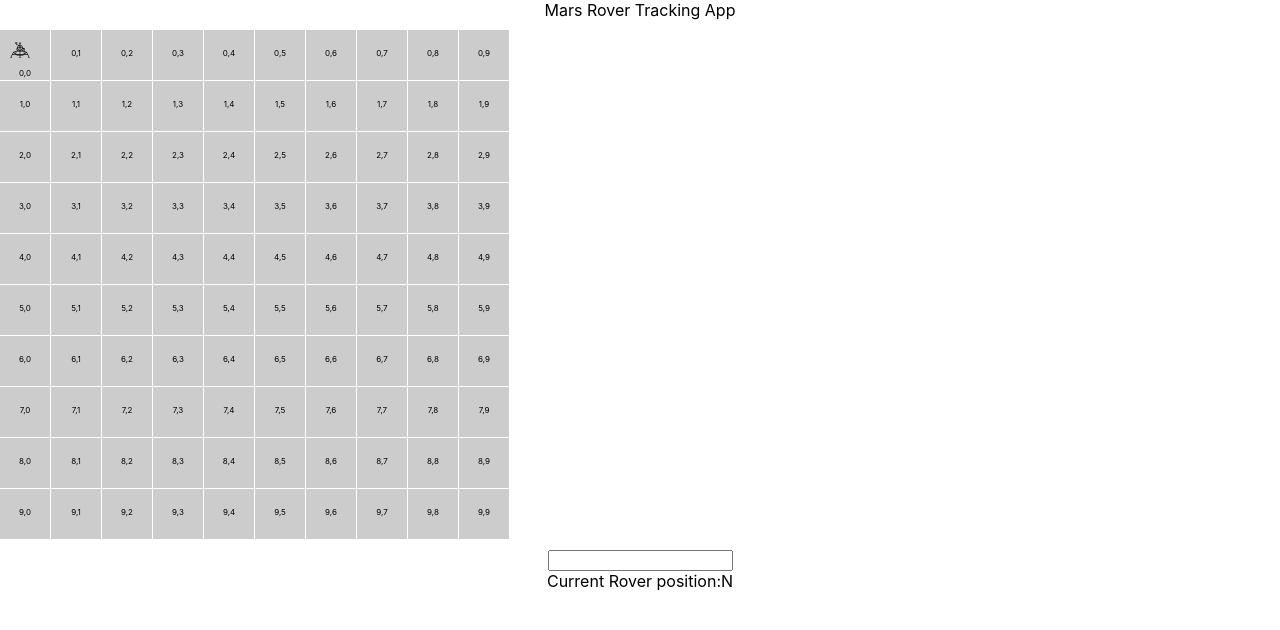
Repository: madhurisandbhor/Rover-Tracking-App
Page: /
An editor plug-in stored every save of this project. The page is shown before and after the next save, followed by the edit.
The browser window is 1280 px wide. The pictures show the whole page.
The project was rebuilt for these pictures with package versions that can differ from the ones it lists, and the page was loaded fresh each time.

Above is the page before, as saved 2021-09-06 18:47:13.

### src/App.js
import './App.css';
import Grid from './Grid'

function App() {
  return (
    <div className="App">
      <div>Mars Rover Tracking App</div>
      <Grid />
    </div>
  );
}

export default App;

### src/Grid.jsx
import React, { useState, useEffect } from 'react'
import { maxY, maxX, x, y, d } from './constants'
import testGrid from './testGrid'
import roverIcon from './svg/rover-icon.svg'

const wrapper = {
  width: '100%',
  margin: '10px auto',
  display: 'grid',
  gridTemplateColumns: `repeat(${maxY + 1}, 50px)`,
  gridTemplateRows: `repeat(${maxX + 1}, 50px)`,
  gridGap: '1px',
}

const itemStyle = {
  padding: '10px',
  backgroundColor: '#ccc',
}

const itemSpan = {
  fontSize: '8px',
}

const roverImg = {
  width: '20px',
  height: '20px',
  alignText: 'center',
}

const Grid = () => {
  const gridLength = (maxX + 1) * (maxY + 1)
  const arr = Array(gridLength).fill()
  const [input, setInput] = useState('')
  const [roverXPosition, setRoverXPosition] = useState(x)
  const [roverYPosition, setRoverYPosition] = useState(y)
  const [roverDirection, setRoverDirection] = useState(d)

  useEffect(() => {
    const result = testGrid(input)
    setRoverXPosition(result[0]) // X-position
    setRoverYPosition(result[1]) // y-position
    setRoverDirection(result[2]) // direction
  }, [input])

  return (
    <div>
      <div style={wrapper}>
        {arr.map((item, index) => (
          <div key={index} style={itemStyle}>
            {roverXPosition * 10 + roverYPosition === index && (
              <div style={roverImg}>
                <img style={{ width: '100%' }} src={roverIcon} alt="rover" />
              </div>
            )}
            <span style={itemSpan}>
              {Math.floor(index / 10)},{index % 10}
            </span>
          </div>
        ))}
      </div>
      <input
        name="inputString"
        value={input}
        onChange={(event) => setInput(event.target.value)}
      />
      <div>
        Current Rover position:
        {roverXPosition.toString(), roverYPosition, roverDirection}
      </div>
    </div>
  )
}

export default Grid

### src/constants.js
export const x = 0, y = 0, maxX = 9, maxY = 9;
export const d = 'N';
export const directionsToRight = ['N', 'E', 'S', 'W']
export const directionsToLeft = ['N', 'W', 'S', 'E']

### src/testGrid.js
import {
  x,
  y,
  d,
  directionsToRight,
  directionsToLeft,
  maxX,
  maxY,
} from './constants'

const testGrid = (testString) => {
  const roverPosition = [x, y, d]
  const testArr = testString.split('')

  for (let i = 0; i < testArr.length; i++) {
    if (testArr[i] === 'r') {
      let currDirIndex = directionsToRight.findIndex(
        (item) => item === roverPosition[2]
      )
      if (currDirIndex > -1 && currDirIndex < 3)
        roverPosition[2] = directionsToRight[currDirIndex + 1]
      else roverPosition[2] = directionsToRight[0]
    } else if (testArr[i] === 'l') {
      let currDirIndex = directionsToLeft.findIndex(
        (item) => item === roverPosition[2]
      )
      if (currDirIndex > -1 && currDirIndex < 3)
        roverPosition[2] = directionsToLeft[currDirIndex + 1]
      else roverPosition[2] = directionsToLeft[0]
    } else if (testArr[i] === 'f') {
      if (roverPosition[2] === 'E') {
        if (roverPosition[1] < maxY) roverPosition[1]++
        else roverPosition[1] = 0
      } else if (roverPosition[2] === 'S') {
        if (roverPosition[0] < maxX) roverPosition[0]++
        else roverPosition[0] = 0
      } else if (roverPosition[2] === 'N') {
        if (roverPosition[0] <= 0) roverPosition[0] = maxX
        else roverPosition[0]--
      } else if (roverPosition[2] === 'W') {
        if (roverPosition[1] <= 0) roverPosition[1] = maxY
        else roverPosition[1]--
      }
    }
  }

  return roverPosition
}

export default testGrid

Loaded but not shown: public/index.html (common file); src/index.js (common file); src/index.css (common file); src/App.css (common file)

After the next save:
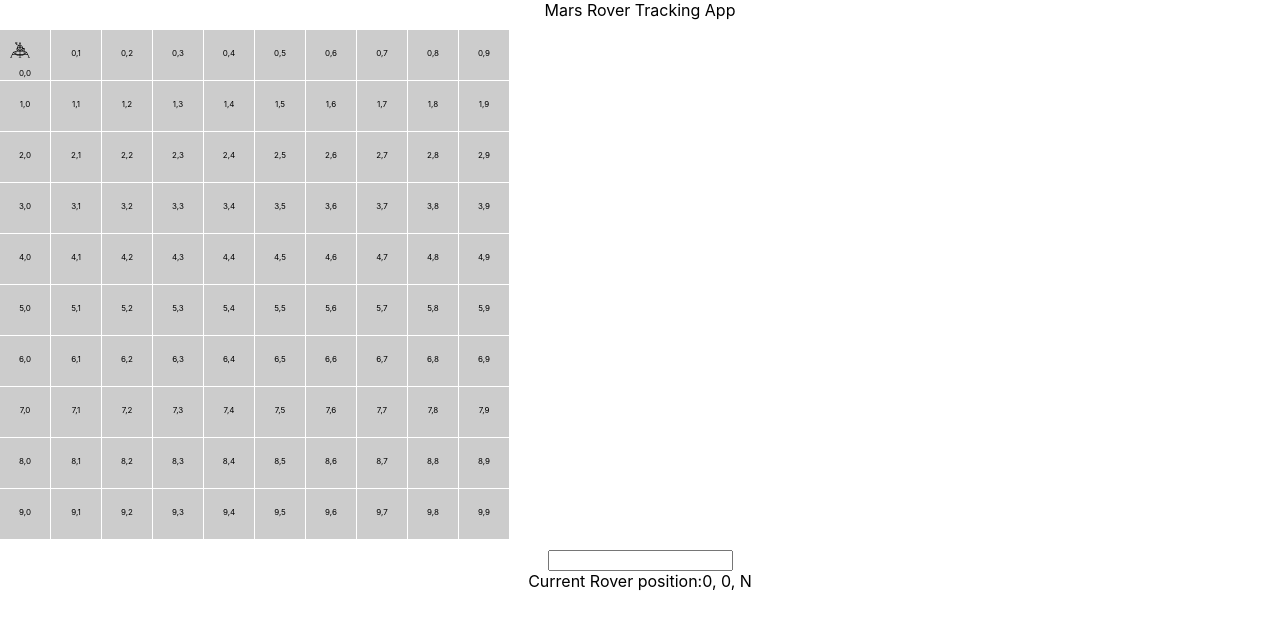
Saved 11 s later.
--- a/src/Grid.jsx
+++ b/src/Grid.jsx
@@ -65,7 +65,7 @@ const Grid = () => {
       />
       <div>
         Current Rover position:
-        {roverXPosition.toString(), roverYPosition, roverDirection}
+        {roverXPosition.toString()}, {roverYPosition}, {roverDirection}
       </div>
     </div>
   )
